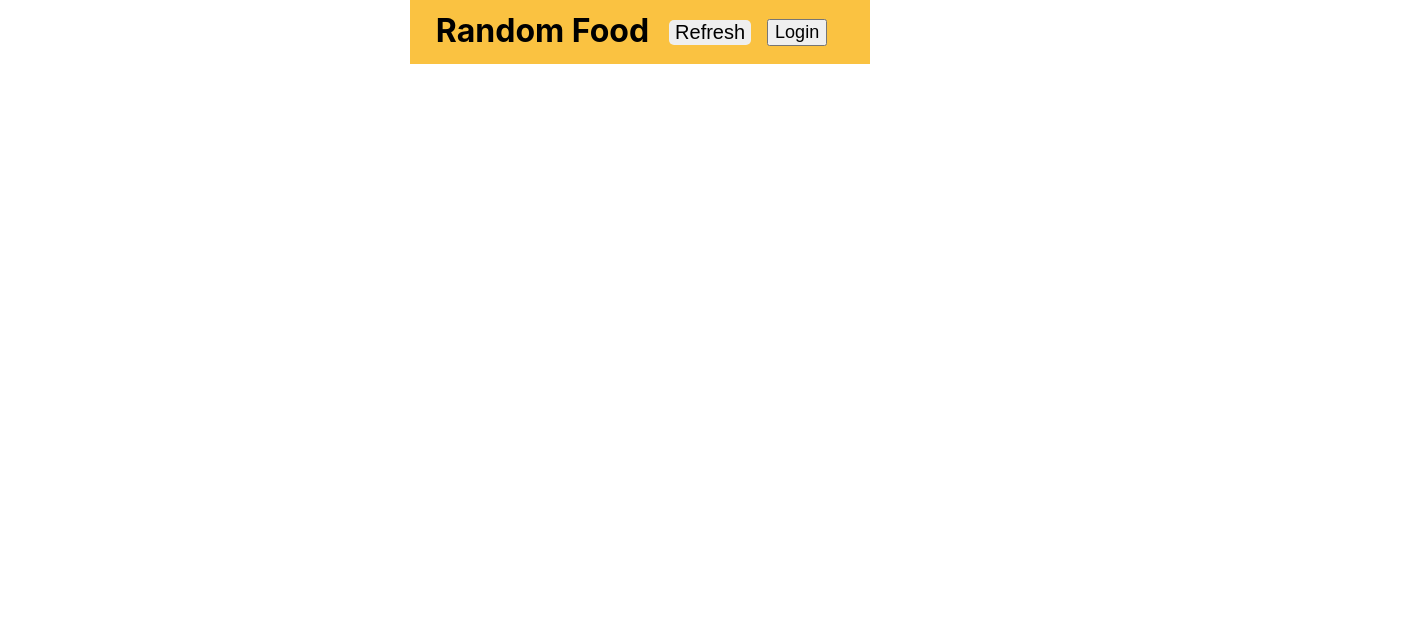
Repository: limjoohyun2030/random-food
Page: /random-food/home
An editor plug-in stored every save of this project. The page is shown before and after a run of saves, followed by the edit.
The browser window is 1280 px wide. The page is 1280 px wide, then 1410 px, so the pictures cover 1410 px, including what lies to the right of the window. The pictures show the whole page.
The page's requests for data from a server got no answer. The project was rebuilt for these pictures with package versions that can differ from the ones it lists, and the page was loaded fresh each time. A package was used in the major version that the imports need, not the one package.json lists. No one was signed in, and anything a server would have sent is missing. Also part of the build but not shown: src/components/food_detail/food_detail.module.css, src/components/food_detail/food_detail.jsx, src/components/food_item/food_item.module.css, src/components/food_item/food_item.jsx, src/components/login/login.module.css, src/components/login/login.jsx.

Above is the page before, as saved 2021-11-11 17:35:54.

After the next 2 saves:
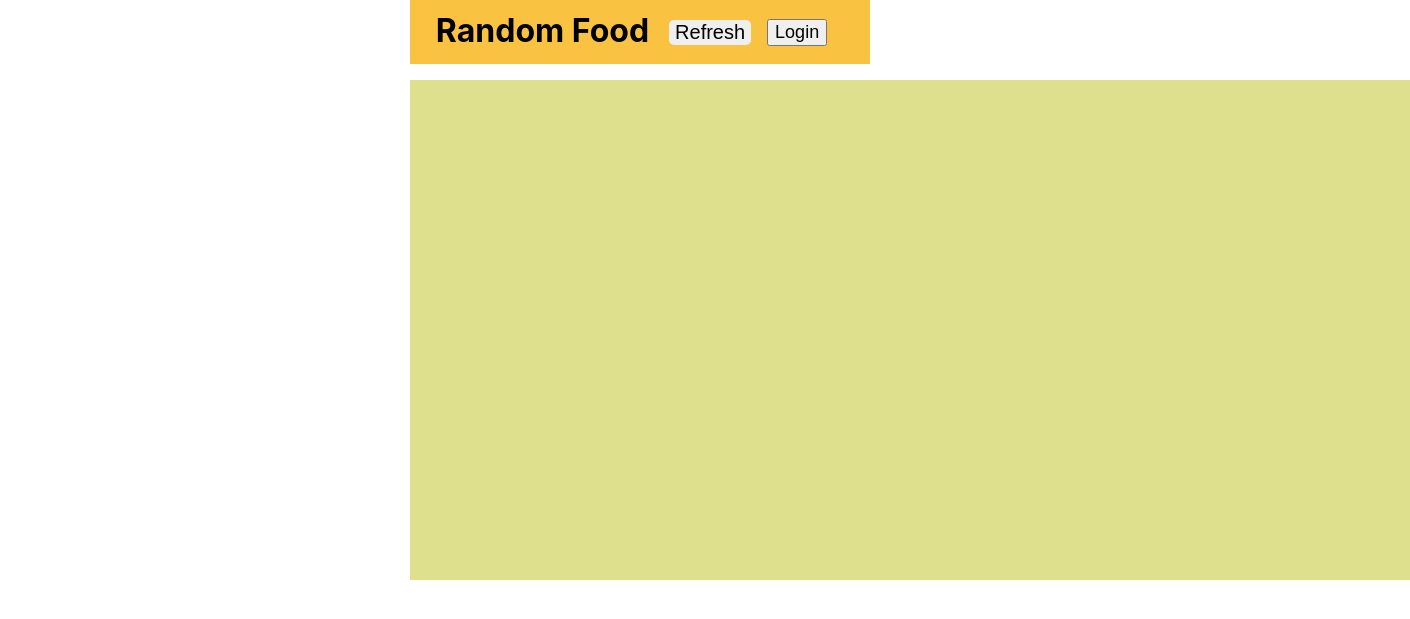
The 2 saves are shown as one change because they came seconds apart.
The last was saved 16 s later.
--- a/src/app.module.css
+++ b/src/app.module.css
@@ -16,7 +16,7 @@
   /* margin: auto 0; */
   margin-top: 1em;
   height: 500px;
-  width: auto;
+  width: 1000px;
   position: absolute;
   background-color: #dfe08e;
 }
